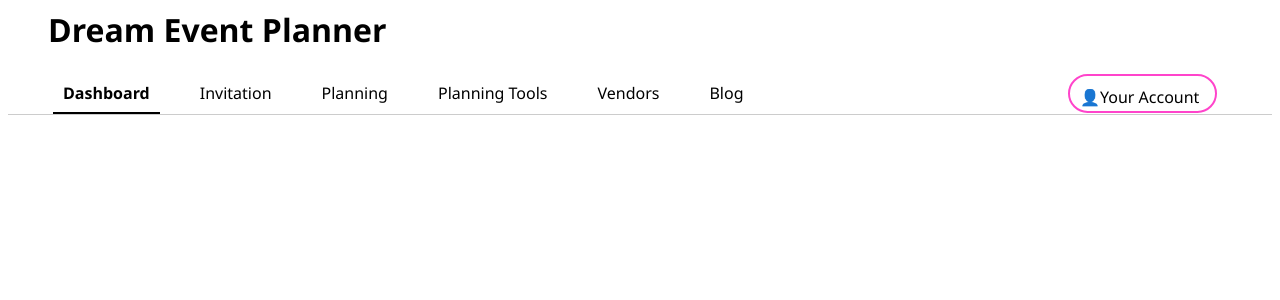
Repository: rajeshwari16945/Dream_Event_planner
Page: dep-admin-vendor-svc/src/main/resources/static/html/userNavigation.html
An editor plug-in stored every save of this project. The page is shown before and after the next save, followed by the edit.
The browser window is 1280 px wide. The pictures show the whole page.

Above is the page before, as saved 2025-03-08 17:32:25.

### dep-admin-vendor-svc/src/main/resources/static/html/userNavigation.html
<!DOCTYPE html>
<html>
	<head>
		<meta charset="utf-8">
		<title>Dream Event Planner</title>
		<link type="text/css" rel="stylesheet" href="../css/style.css">
		<script>
		    document.addEventListener("DOMContentLoaded", function () {
		        // Get the current page URL
		        let currentPage = window.location.pathname.split("/").pop();
		        // Select all navigation links
		        let navLinks = document.querySelectorAll(".user-nav-menu a");
		        // Loop through links and add the 'active' class if the href matches the page
		        navLinks.forEach(link => {
		            if (link.getAttribute("href") === currentPage) {
		                link.classList.add("active");
		            }
		        });
		    });
		</script>
	</head>
	<body>
		<div class="user_nav_main">
			<h1 class="top-heading">Dream Event Planner</h1>
			<div class="topnav">
                <div class="float-left">
					<ul class="user-nav-menu">
	                    <li><a class="nav-items active" href="dashboard.html">Dashboard</a></li>
	                    <li><a class="nav-items" href="invitation.html">Invitation</a></li>
						<li><a class="nav-items" href="PlanningTool.html">Planning</a></li>
						<li><a class="nav-items" href="BudgetPlanner.html">Planning Tools</a></li>
	                    <li class="dropdown">
							<a href="">Vendors</a>
							<ul class="dropdown-menu">
				                <li><a href="VendorList.html?type=Venue">Venue</a></li>
				                <li><a href="VendorList.html?type=Catering">Catering</a></li>
				                <li><a href="VendorList.html?type=Photographer">Photographers</a></li>
				            </ul>
						</li>
	                    <li><a class="nav-items" href="">Blog</a></li>

					</ul>
                </div>
                <div class="float-right">
					<ul class="user-nav-menu">
						<li class="dropdown">
							<a href="" class="account-menu">👤Your Account</a>
							<ul class="dropdown-menu">
								<li><a href="UserSettings.html">Account Settings</a></li>
								<li><button id="logoutButton">Log out</button></li>
							</ul>
						</li>
					</ul>
                </div>
            </div>
		</div>
	</body>
</html>

Loaded but not shown: dep-admin-vendor-svc/src/main/resources/static/css/style.css (2134 lines, source omitted)

After the next save:
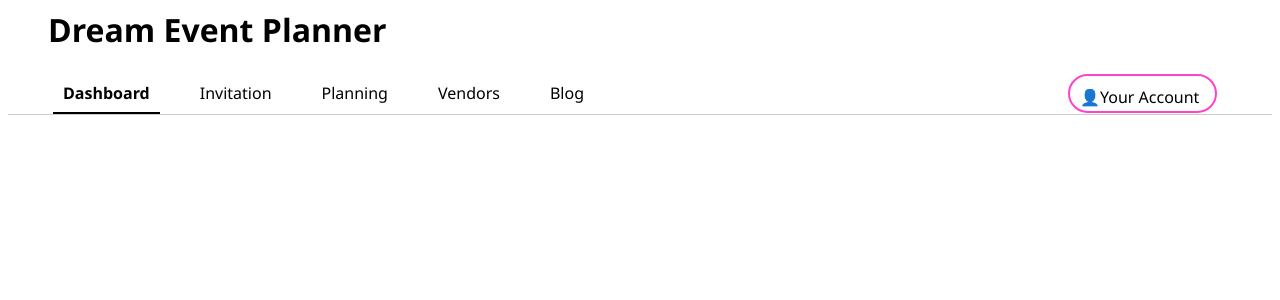
Saved 26 s later.
--- a/dep-admin-vendor-svc/src/main/resources/static/html/userNavigation.html
+++ b/dep-admin-vendor-svc/src/main/resources/static/html/userNavigation.html
@@ -28,7 +28,6 @@
 	                    <li><a class="nav-items active" href="dashboard.html">Dashboard</a></li>
 	                    <li><a class="nav-items" href="invitation.html">Invitation</a></li>
 						<li><a class="nav-items" href="PlanningTool.html">Planning</a></li>
-						<li><a class="nav-items" href="BudgetPlanner.html">Planning Tools</a></li>
 	                    <li class="dropdown">
 							<a href="">Vendors</a>
 							<ul class="dropdown-menu">
